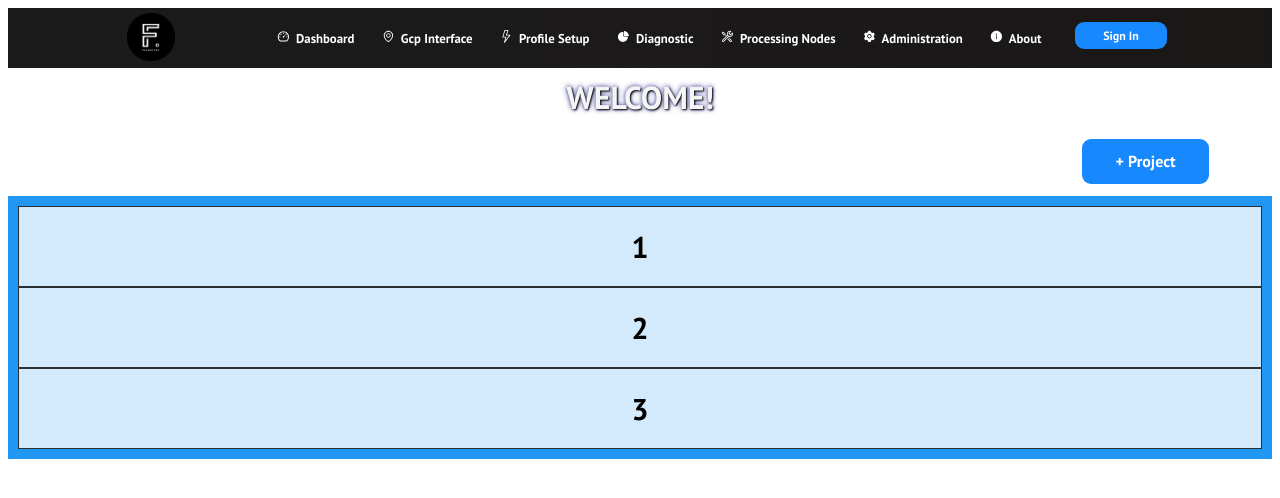
Repository: Akshaykumar1111/akki
Page: /Dashboard
The author's editor kept a copy of each file at every save. The page is drawn from the files as they stood at one save, then again after the next save.
The browser window is 1280 px wide. The pictures show the whole page.
Some web libraries are served in a nearby version. The project was rebuilt for these pictures with package versions that can differ from the ones it lists, and the page was loaded fresh each time. Also part of the build but not shown: src/components/pages/Administration.css, src/components/pages/Administration.js, src/components/pages/Diagnostic.js, src/components/pages/ProfileSetup.js, src/components/pages/GcpInterface.js, src/components/pages/ProcessingNodes.js, src/components/pages/About.js, src/components/pages/Popup.css and 7 more.

Above is the page before, as saved 2022-10-20 12:42:05.

After the next save:
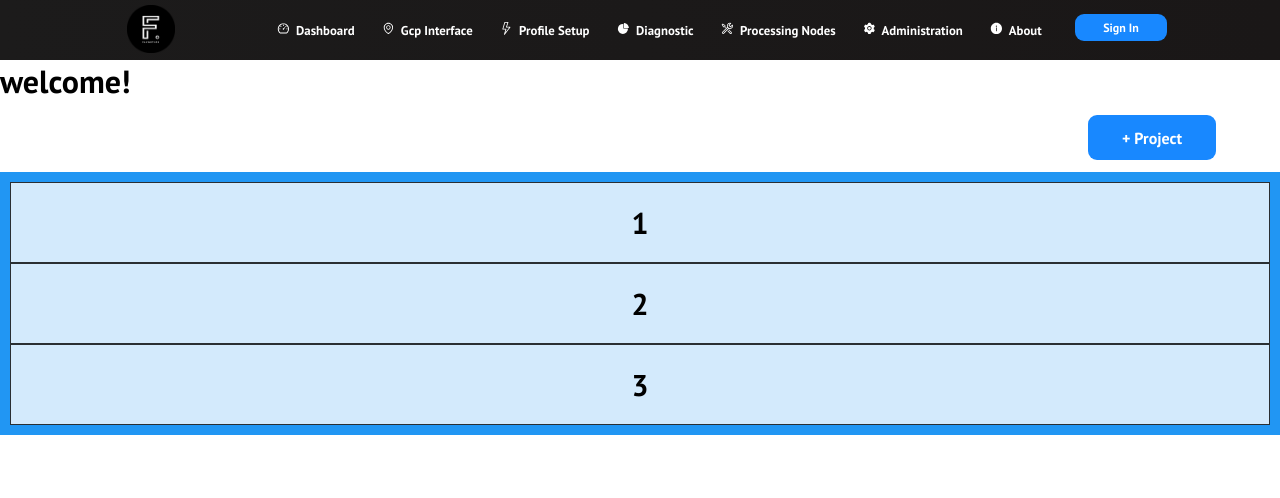
Saved 44 s later.
--- a/src/components/pages/Dashboard.css
+++ b/src/components/pages/Dashboard.css
@@ -11,11 +11,11 @@
     font-size: 30px;
     text-align: center;
   }
-  div {
+  .div {
     padding: 8px;
   }
 
-  h1 {
+  .h1 {
     text-align: center;
     text-transform: uppercase;
     color: whitesmoke;

After the save that followed:
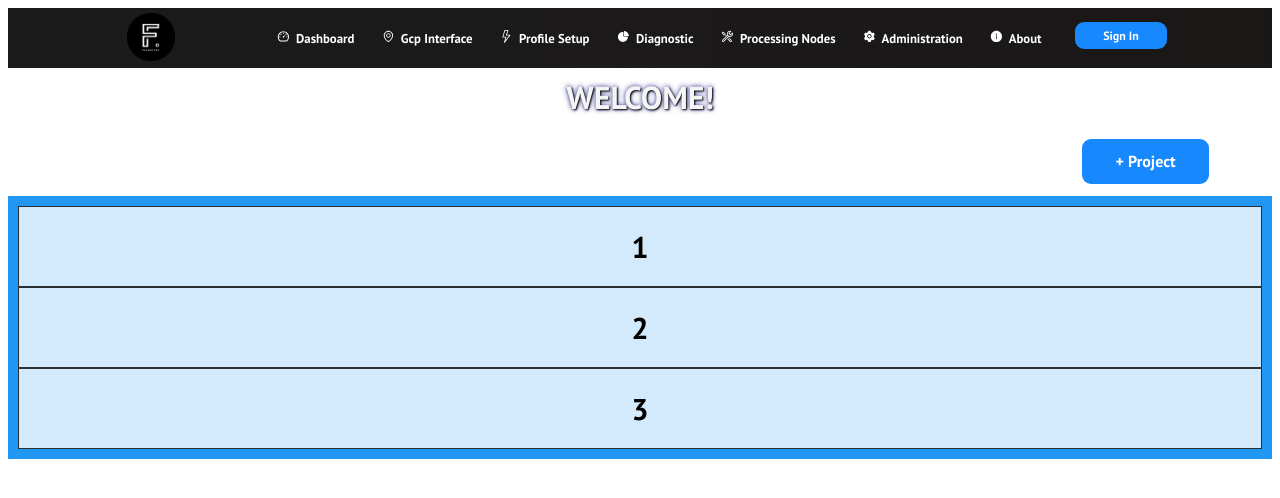
Saved 9 s later.
--- a/src/components/pages/Dashboard.css
+++ b/src/components/pages/Dashboard.css
@@ -11,11 +11,11 @@
     font-size: 30px;
     text-align: center;
   }
-  .div {
+  div {
     padding: 8px;
   }
 
-  .h1 {
+  h1 {
     text-align: center;
     text-transform: uppercase;
     color: whitesmoke;
